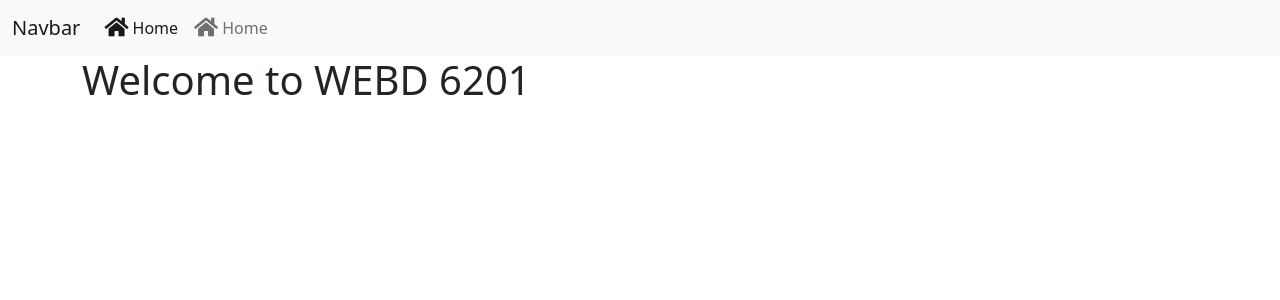
Repository: ErikHayward/WEBD6201-W2021-ICE1b
Page: index.html
These files come from the project's save history. The page is drawn as it stood at one moment and after the next save; the edit follows.
The browser window is 1280 px wide. The pictures show the whole page.

Above is the page before, as saved 2021-01-22 19:41:28.

After the next save:
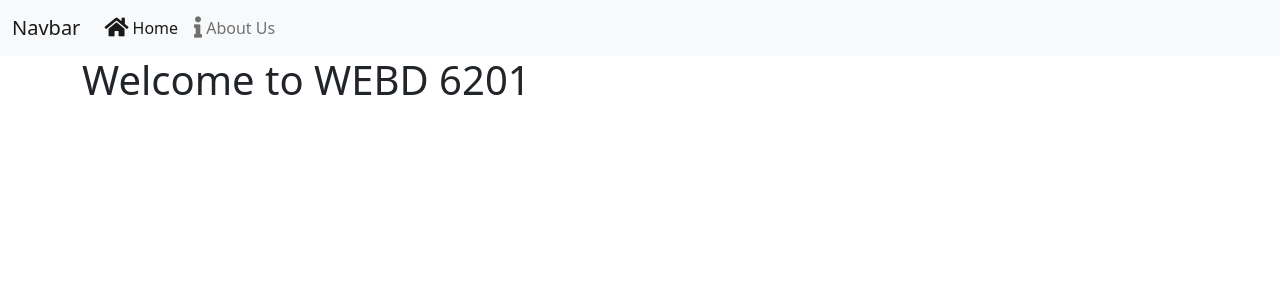
Saved 36 s later.
--- a/index.html
+++ b/index.html
@@ -26,7 +26,7 @@
                   </li>
 
                   <li class="nav-item">
-                    <a class="nav-link" aria-current="page" href="#"><i class="fas fa-home fa-lg"></i> Home</a>
+                    <a class="nav-link" aria-current="page" href="#"><i class="fas fa-info fa-lg"></i> About Us</a>
                   </li>
 
                 </ul>
